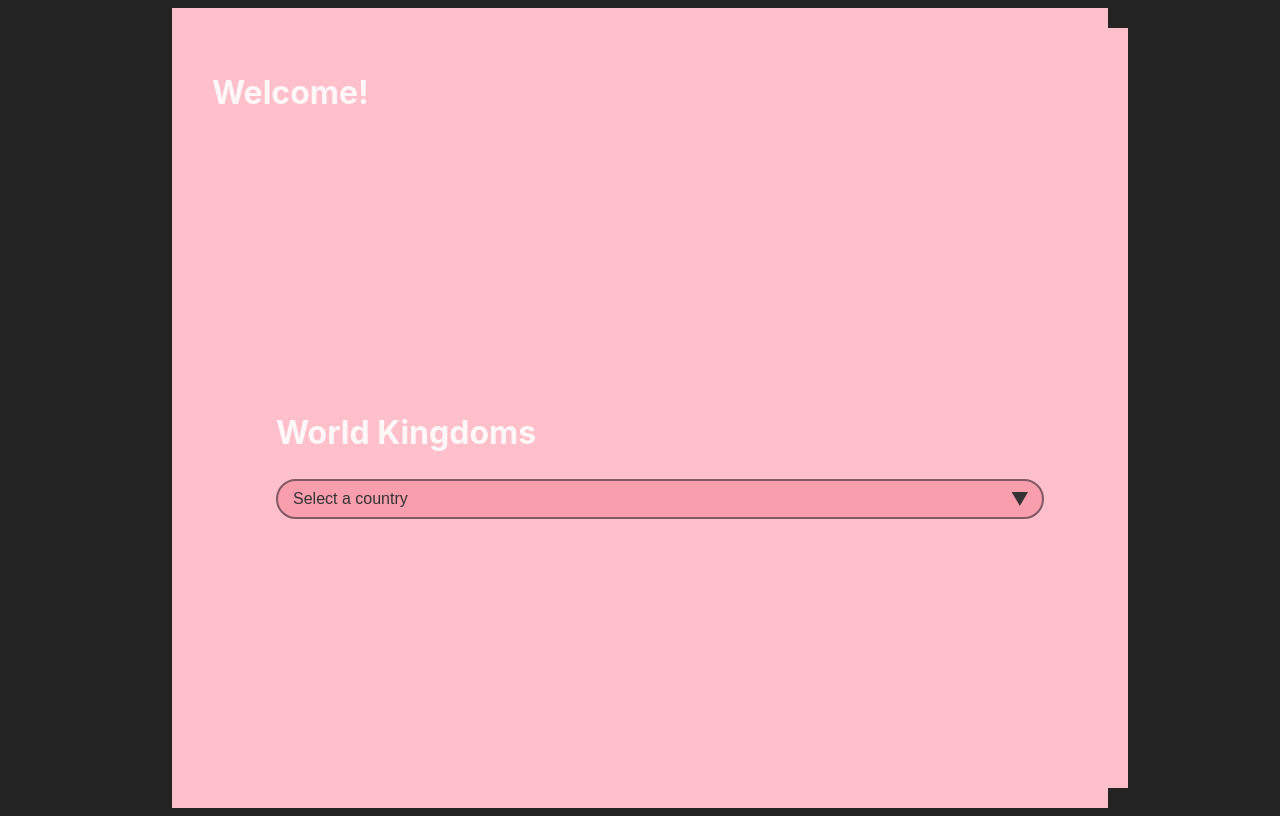
Repository: MonicaNguyenH/Lab-7_Frontend
Page: /
These files come from the project's save history. The page is drawn as it stood at one moment and after the next save; the edit follows.
The browser window is 1280 px wide. The pictures show the whole page.
The page's requests for data from a server got no answer. The project was rebuilt for these pictures with package versions that can differ from the ones it lists, and the page was loaded fresh each time. No one was signed in, and anything a server would have sent is missing. Also part of the build but not shown: vite.config.js, src/Details.jsx.

Above is the page before, as saved 2024-11-23 18:45:28.

### src/main.jsx
import React from 'react';
import ReactDOM from 'react-dom/client';
import App from './App';
import './index.css'; // Import your global CSS styles

ReactDOM.createRoot(document.getElementById('root')).render(
  <React.StrictMode>
    <App />
  </React.StrictMode>
);

### src/App.jsx
import { BrowserRouter as Router, Routes, Route } from 'react-router-dom';
import Countries from './Contries';
import Details from './Details';

export default function App() {
  return (
    <div className="container">
      <Router>
      <Routes>
        <Route
          path="/"
          element={
            <div className="container">
              <h1>Welcome!</h1>
              <Countries />
            </div>
          }
        />
        <Route
          path="/countries"
          element={
            <div className="container">
              <h1>Let choose a kingdom.</h1>
              <Countries />
            </div>
          }
        />
        <Route path="countries/:cca2" element={<Details />} />
      </Routes>
    </Router>
  </div>
  );
}

### src/index.css
:root {
  font-family: Inter, system-ui, Avenir, Helvetica, Arial, sans-serif;
  line-height: 1.5;
  font-weight: 400;

  color-scheme: light dark;
  color: rgba(255, 255, 255, 0.87);
  background-color: #242424;

  font-synthesis: none;
  text-rendering: optimizeLegibility;
  -webkit-font-smoothing: antialiased;
  -moz-osx-font-smoothing: grayscale;
}

.container {
  width: 70vw;
  min-height: 100vh;
  margin: auto;
  background-color: pink;
  display: flex;
  justify-content: center;
  flex-direction: column;
  align-content: flex-start;
  align-items: flex-start;
  align-self: start;
  padding: 20px;
}

.box,
.info {
  display: flex;
  justify-content: center;
  flex-direction: column;
  position: relative; /* To position the custom arrow inside the select */
  width: 60vw; /* Matches the width of the select */
  margin: auto;
  align-content: flex-start;
  align-items: flex-start;
  align-self: start;
}

select {
  appearance: none; /* Remove default dropdown arrow */
  -webkit-appearance: none; /* Safari support */
  -moz-appearance: none; /* Firefox support */
  background-color: rgb(248, 158, 173); /* Background color */
  border: 2px solid #815863; /* Border color */
  border-radius: 20px; /* Rounded corners */
  padding: 5px; /* Padding inside the dropdown */
  font-size: 16px; /* Font size */
  color: #333; /* Font color */
  width: 60vw; /* Width of the dropdown */
  height: 40px;
  cursor: pointer; /* Change cursor to pointer */
  margin: auto;
  align-items: center;
  padding-left: 15px;
}

.box::after {
  content: "▼"; /* Custom dropdown arrow */
  position: absolute;
  right: 15px; /* Position arrow to the right */
  top: 85%; /* Center vertically */
  transform: translateY(-50%); /* Adjust for perfect centering */
  pointer-events: none; /* Make sure the arrow does not block clicks */
  color: #333; /* Arrow color */
  font-size: 18px; /* Adjust arrow size */
}

select:focus {
  outline: none; /* Remove default focus outline */
  border-color: #b03866; /* Focus border color */
  box-shadow: 0 0 5px rgba(0, 123, 255, 0.5); /* Optional focus shadow */
}

option {
  font-size: 16px;
}

### src/Contries.jsx
import { useState, useEffect } from "react";
import { useNavigate, Outlet } from "react-router-dom";

export default function Countries() {
  const [countries, setCountries] = useState([]);
  const [selectedCountry, setSelectedCountry] = useState("");
  const navigate = useNavigate();

  useEffect(() => {
    fetch("https://restcountries.com/v3.1/name/kingdom")
      .then((response) => {
        if (!response.ok) {
          throw new Error("Network response was not ok");
        }
        return response.json();
      })
      .then((data) => setCountries(data))
      .catch((error) => console.error("Error fetching countries:", error));
  }, []);

  const handleCountrySelect = (e) => {
    const value = e.target.value;

    // Handle navigation based on selection
    if (value === "") {
      navigate("/countries"); // Navigate to /countries page
    } else {
      const selected = countries.find((country) => country.cca2 === value);
      if (selected) {
        setSelectedCountry(selected);
        navigate(`/countries/${selected.cca2}`, { state: { data: selected } });
      }
    }
  };

  return (
    <div className="box">
      <h1 className="title">World Kingdoms</h1>
      <select onChange={handleCountrySelect} value={selectedCountry?.cca2 || ""}>
        {/* Default option to navigate to /countries */}
        <option value="">Select a country</option>
        {/* Dynamically populate dropdown with country data */}
        {countries.map((country) => (
          <option key={country.cca2} value={country.cca2}>
            {country.name.common}
          </option>
        ))}
      </select>
      <Outlet />
    </div>
  );
}

Loaded but not shown: index.html (common file)

After the next save:
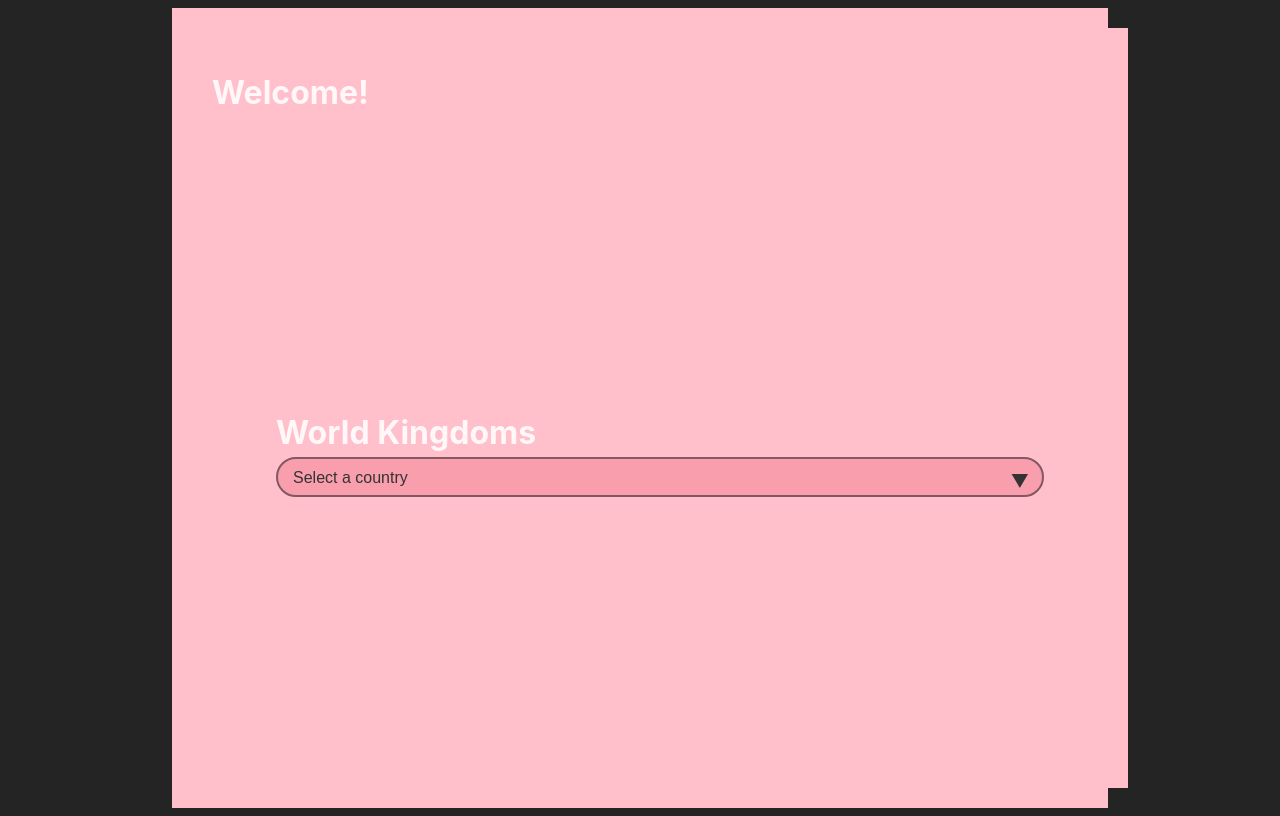
Saved 94 s later.
--- a/src/index.css
+++ b/src/index.css
@@ -11,6 +11,11 @@
   text-rendering: optimizeLegibility;
   -webkit-font-smoothing: antialiased;
   -moz-osx-font-smoothing: grayscale;
+}
+
+h1 {
+  margin-bottom: 0;
+  padding-bottom: 0;
 }
 
 .container {
